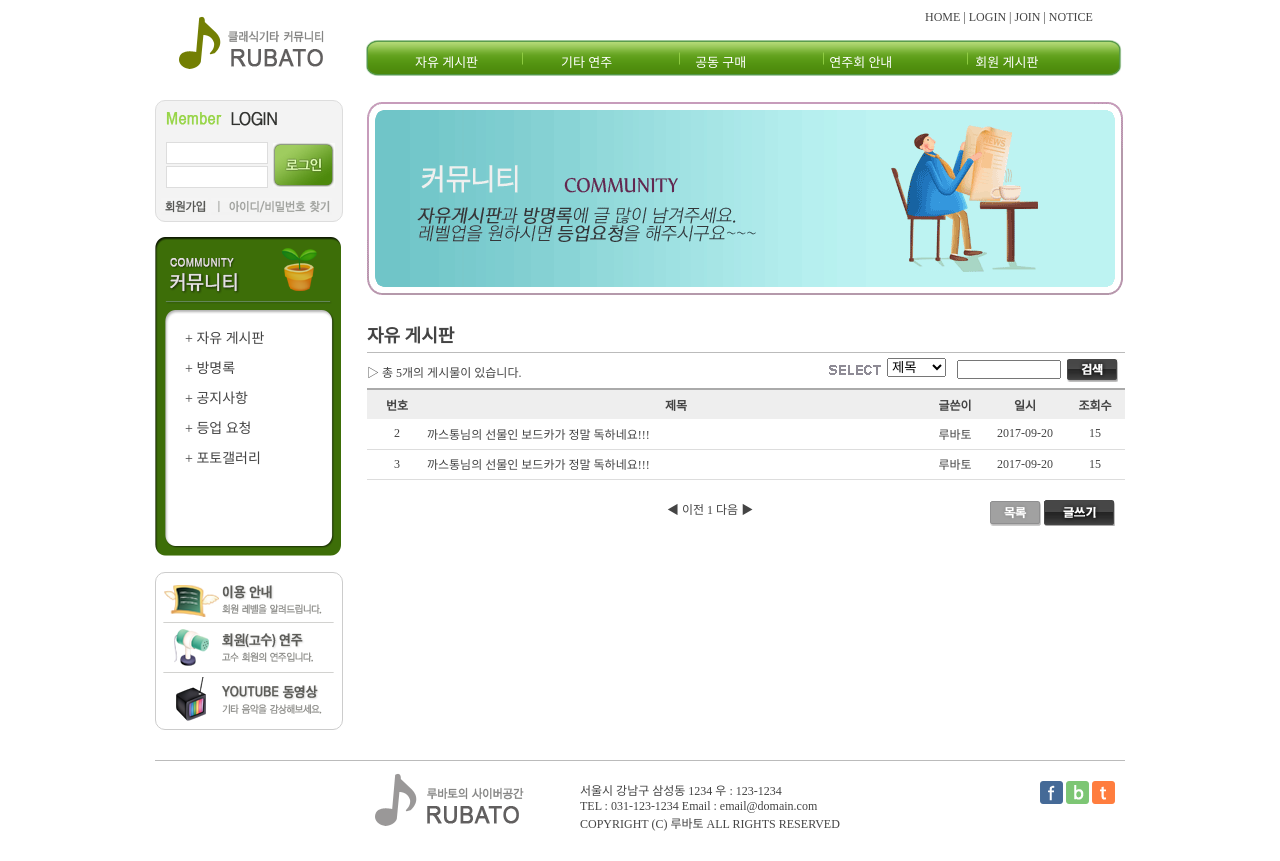
Repository: torojin/study-at-JA-academy
Page: http://localhost/rubato_mvc/WEB-INF/view/board_list.jsp
These files come from the project's save history. The page is drawn as it stood at one moment and after the next save; the edit follows.
The browser window is 1280 px wide. The pictures show the whole page.
The page is served by Tomcat 9. Nobody is signed in. The template is opened directly, without the code that normally fills it, so the values that code supplies are empty.

Above is the page before, as saved 2020-04-24 01:45:29.

After the next save:
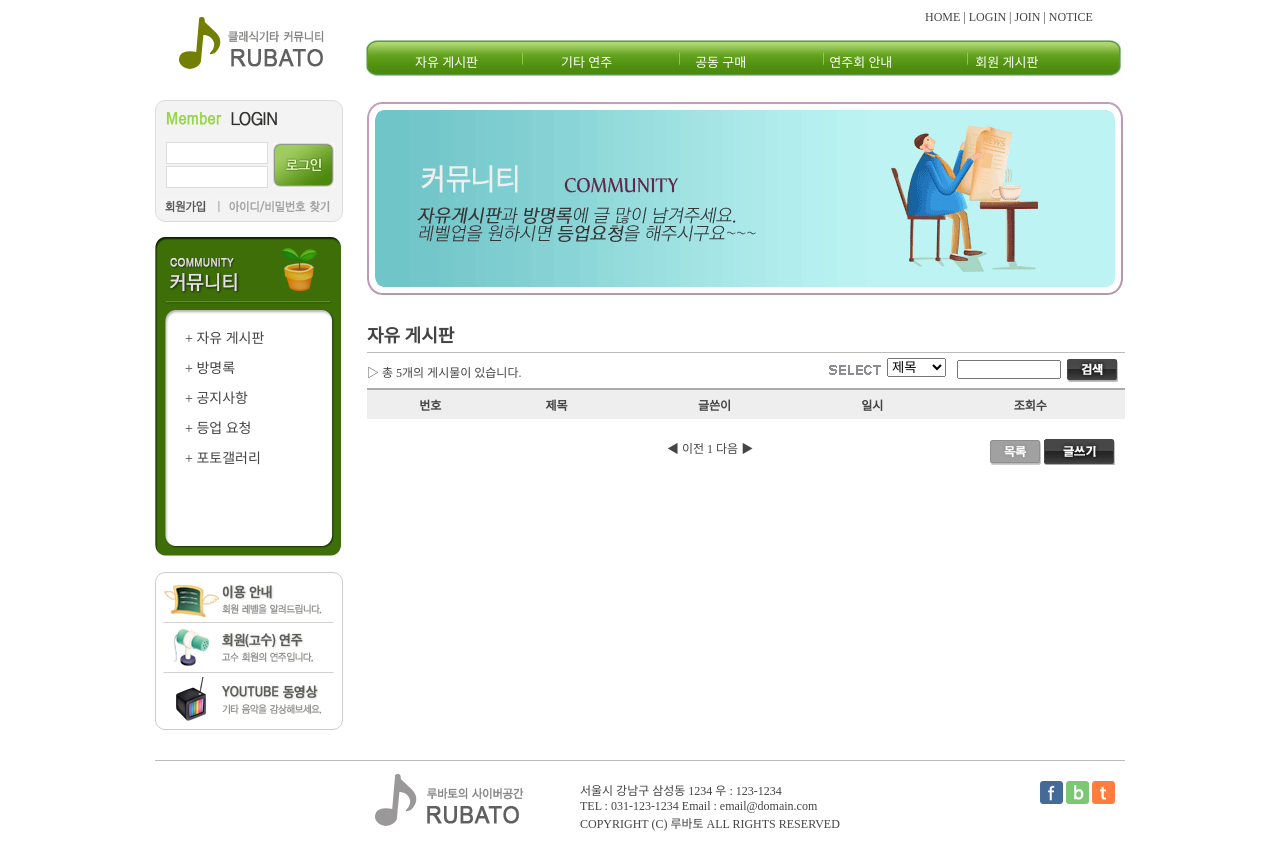
Saved 11 min 39 s later.
--- a/JSP_workspace/rubato_mvc/WebContent/WEB-INF/view/board_list.jsp
+++ b/JSP_workspace/rubato_mvc/WebContent/WEB-INF/view/board_list.jsp
@@ -121,24 +121,7 @@
         <td class="col5">15</td>
       </tr>
       </c:forEach>
-      <tr>
-        <td class="col1">2</td>
-        <td class="col2">
-          <a href="board_view.html">까스통님의 선물인 보드카가 정말 독하네요!!!</a>
-        </td>
-        <td class="col3">루바토</td>
-        <td class="col4">2017-09-20</td>
-        <td class="col5">15</td>
-      </tr>
-      <tr>
-        <td class="col1">3</td>
-        <td class="col2">
-          <a href="board_view.html">까스통님의 선물인 보드카가 정말 독하네요!!!</a>
-        </td>
-        <td class="col3">루바토</td>
-        <td class="col4">2017-09-20</td>
-        <td class="col5">15</td>
-      </tr>
+
     </table>
     <div id="buttons">
       <div class="col1">◀ 이전 1 다음 ▶</div>
